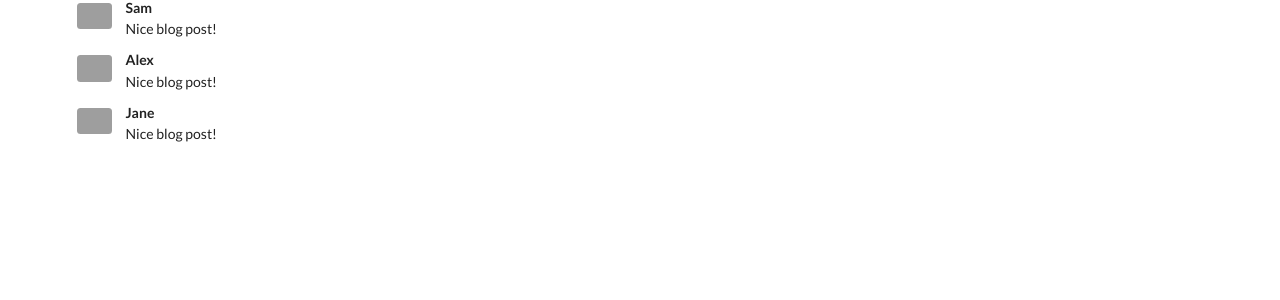
Repository: EgorSherstnev/Components
Page: /
The author's editor kept a copy of each file at every save. The page is drawn from the files as they stood at one save, then again after the next save.
The browser window is 1280 px wide. The pictures show the whole page.
Pictures or frames that could not be fetched are drawn as grey boxes. The project was rebuilt for these pictures with package versions that can differ from the ones it lists, and the page was loaded fresh each time.

Above is the page before, as saved 2022-09-16 00:04:54.

### src/index.js
import React from "react";
import  ReactDOM  from "react-dom";
import { faker } from "@faker-js/faker";
import CommentDetail from "./CommentDetail";

const App = () => {
    return (
        <div className="ui container comments">
           <CommentDetail author="Sam" />
           <CommentDetail author="Alex" />
           <CommentDetail author="Jane" />
        </div>
    );
};

ReactDOM.render(<App />, document.querySelector('#root'))

### src/CommentDetail.js
import React from "react";
import { faker } from "@faker-js/faker";

const CommentDetail = props => {
    return (
        <div className="comment">
                <a href="/" className="avatar">
                    <img alt="avatar" src={faker.image.avatar()}/>
                </a>
                <div className="content">
                    <a href="/" className="author">
                        {props.author}
                    </a>
                    <div className="metadata">
                        <span className="date">{props.timeAgo}</span>
                    </div>
                    <div className="text">Nice blog post!</div>
                </div>
            </div>
    );
};

export default CommentDetail;

Loaded but not shown: public/index.html (common file)

After the next save:
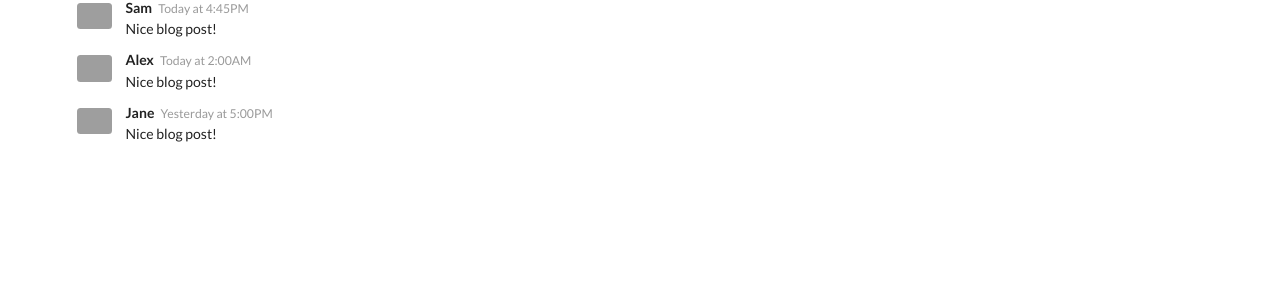
Saved 12 s later.
--- a/src/index.js
+++ b/src/index.js
@@ -6,9 +6,9 @@ import CommentDetail from "./CommentDetail";
 const App = () => {
     return (
         <div className="ui container comments">
-           <CommentDetail author="Sam" />
-           <CommentDetail author="Alex" />
-           <CommentDetail author="Jane" />
+           <CommentDetail author="Sam" timeAgo="Today at 4:45PM" />
+           <CommentDetail author="Alex" timeAgo="Today at 2:00AM" />
+           <CommentDetail author="Jane" timeAgo="Yesterday at 5:00PM" />
         </div>
     );
 };
